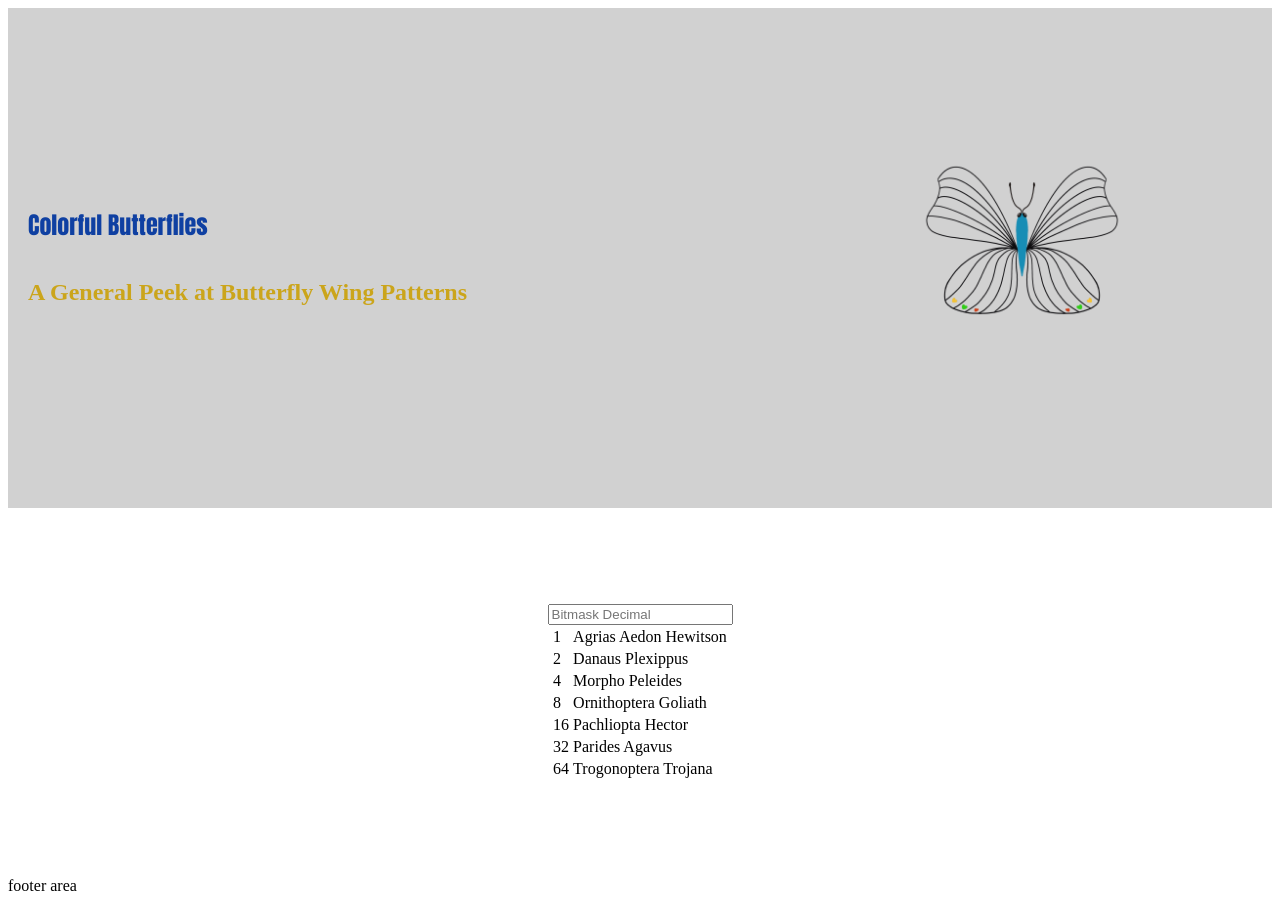
Repository: MeowCeline00/assessment-2
Page: /
These files come from the project's save history. The page is drawn as it stood at one moment and after a run of saves; the edit follows.
The browser window is 1280 px wide. The pictures show the whole page.
The project was rebuilt for these pictures with package versions that can differ from the ones it lists, and the page was loaded fresh each time. The framework's server and built-in components were replaced by stand-ins that run in the browser. Also part of the build but not shown: next.config.mjs.

Above is the page before, as saved 2024-02-07 22:00:17.

After the next 3 saves:
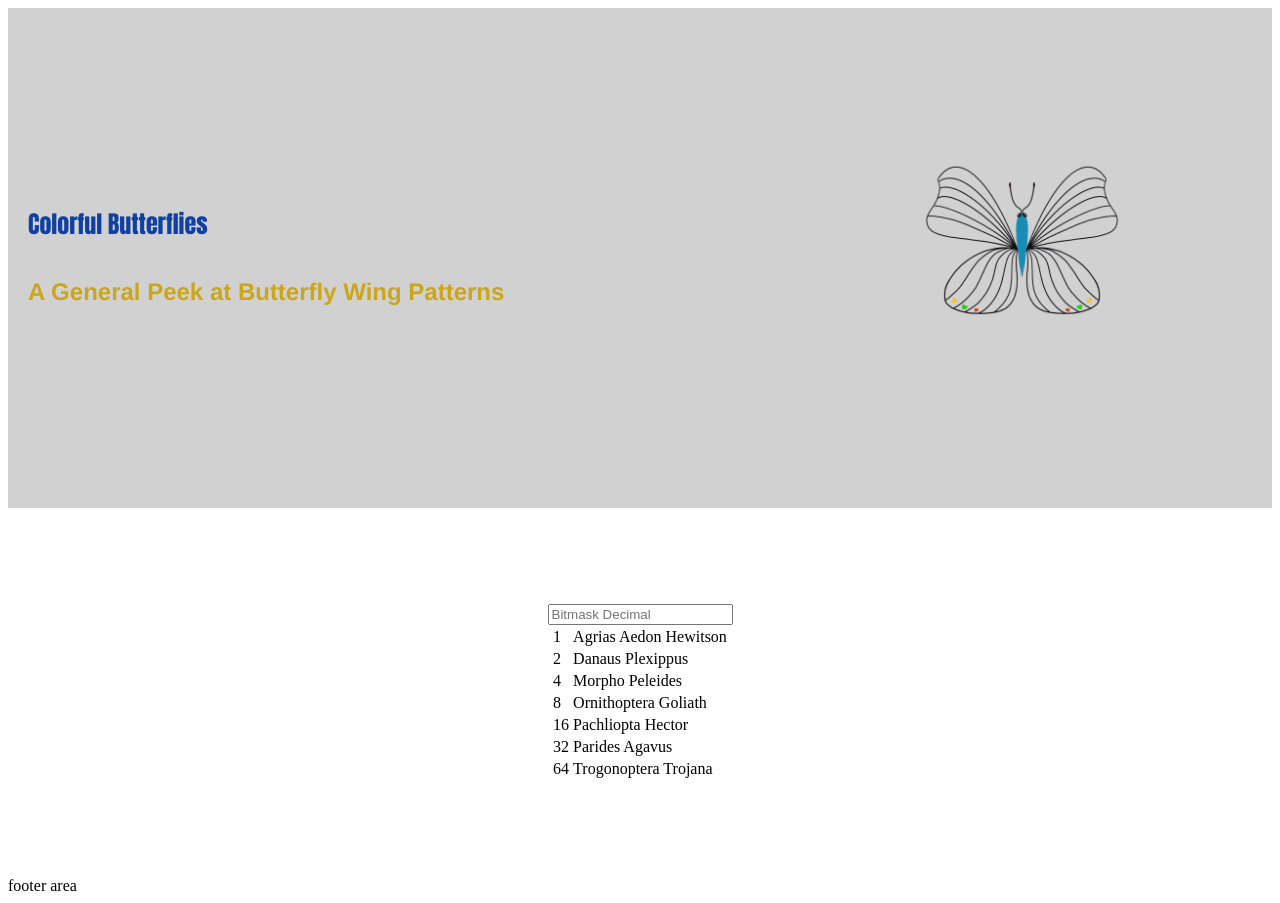
The 3 saves are shown as one change because they came seconds apart.
The last was saved 22 s later.
--- a/Components/Header/Header.module.css
+++ b/Components/Header/Header.module.css
@@ -19,6 +19,7 @@
 
 .titleArea h2 {
     color: rgb(203, 165, 27);
+    font-family: 'Franklin Gothic Medium', 'Arial Narrow', Arial, sans-serif;
 }
 
 .logoArea {
